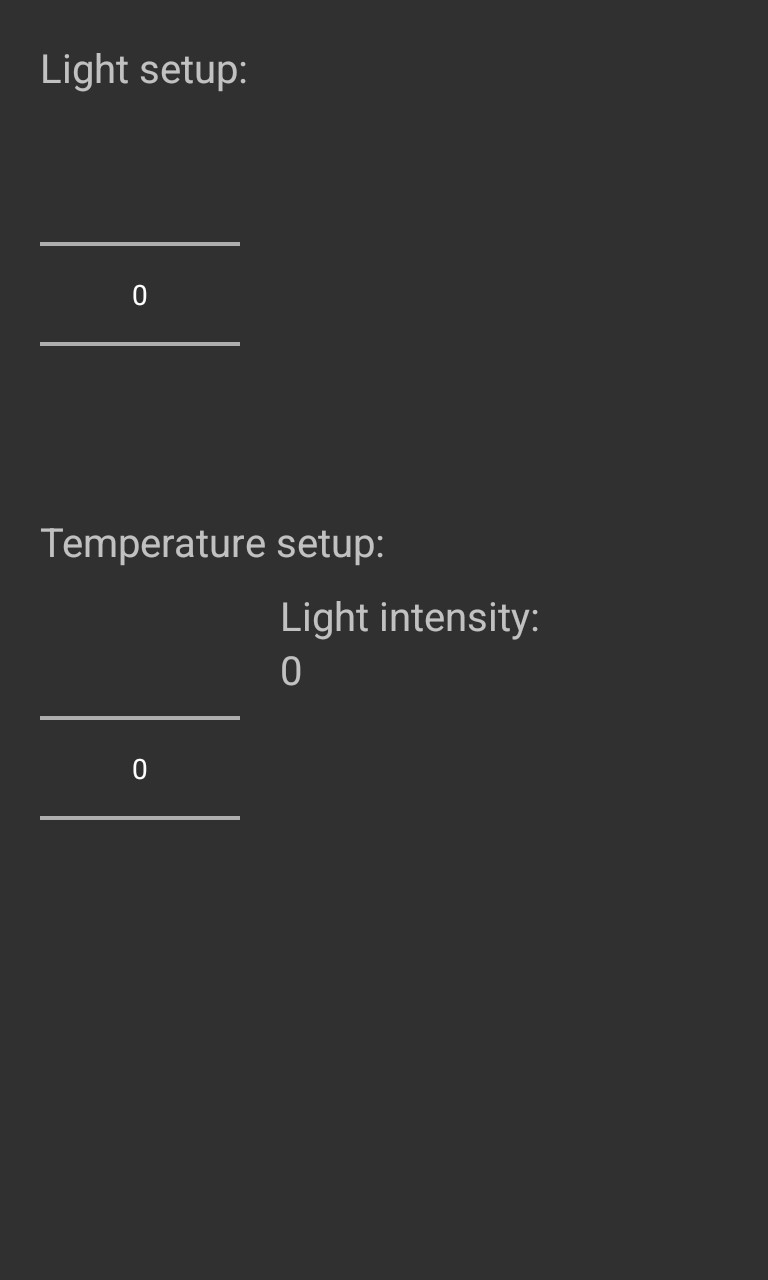
Repository: deanzaka/Shroom-Smart-Terminal
Layout: IOIOShroomST/res/layout/sensors.xml
The author's editor kept a copy of each file at every save. The layout is drawn from the files as they stood at one save, then again after the next save.
It is drawn on a 768 x 1280 px phone screen (xhdpi) without system bars, with theme Theme.AppCompat; the app's code is not run.

Above is the layout before, as saved 2014-11-18 07:07:55.

### IOIOShroomST/res/layout/sensors.xml
<?xml version="1.0" encoding="utf-8"?>
<LinearLayout xmlns:android="http://schemas.android.com/apk/res/android"
    android:orientation="vertical"
    android:layout_width="fill_parent"
    android:layout_height="fill_parent">

    <TextView
	    android:id="@+id/LightSetupLabel"
	    android:text="@string/light_setup_label"
	    android:layout_width="wrap_content"
	    android:layout_height="wrap_content"
	    android:paddingTop="20dp"
	    android:paddingLeft="20dp"
	    android:textSize="20sp" />

	<RelativeLayout
	    android:layout_width="fill_parent"
	    android:layout_height="wrap_content"
	    android:gravity="left"
	    android:paddingTop="10dp"
	    android:paddingLeft="20dp">

	    <NumberPicker
		    android:id="@+id/userLux"
		    android:layout_width="100dp"
		    android:layout_height="wrap_content"
		    android:layout_alignParentLeft="true"/>

	</RelativeLayout>

	<TextView
	    android:id="@+id/TempSetupLabel"
	    android:text="@string/temp_setup_label"
	    android:layout_width="wrap_content"
	    android:layout_height="wrap_content"
	    android:paddingTop="20dp"
	    android:paddingLeft="20dp"
	    android:textSize="20sp" />

	<RelativeLayout
	    android:layout_width="fill_parent"
	    android:layout_height="wrap_content"
	    android:gravity="left"
	    android:paddingTop="10dp"
	    android:paddingLeft="20dp">

	    <NumberPicker
		    android:id="@+id/userTemp"
		    android:layout_width="100dp"
		    android:layout_height="wrap_content"
		    android:layout_alignParentLeft="true"/>


        <TextView
		    android:id="@+id/LightLabel"
			android:text="@string/light_label"
			android:layout_width="wrap_content"
			android:layout_height="wrap_content"
			android:paddingLeft="20dp"
			android:paddingRight="30dp"
			android:layout_toRightOf="@id/userTemp"
			android:textSize="20sp"
			/>

		<TextView
		    android:id="@+id/LuxValue"
		    android:layout_width="wrap_content"
		    android:layout_height="wrap_content"
		    android:layout_toRightOf="@id/userTemp"
		    android:layout_below="@id/LightLabel"
		    android:paddingLeft="20dp"
		    android:text="0"
		    android:textSize="20sp" />

	</RelativeLayout>


</LinearLayout>

### IOIOShroomST/res/values/strings.xml
<?xml version="1.0" encoding="utf-8"?>
<resources>

    <string name="app_name">Shroom - Smart Outlet</string>
    <string name="terminal_1">Plug 1</string>
    <string name="terminal_2">Plug 2</string>
    <string name="terminal_3">Plug 3</string>
    <string name="lamp">Lamp</string>
    <string name="light_label">Light intensity: </string>
    <string name="light_setup_label">Light setup: </string>
    <string name="temp_label">Temperature: </string>
    <string name="temp_setup_label">Temperature setup: </string>
    <string name="cel_label">celcius</string>
    <string name="lux_label">lux</string>
    <string name="auto_label">Auto Mode</string>
    <string name="action_sensors">Sensors</string>
    <string name="action_settings">Setting</string>
    <string name="yes_answer">Yes</string>
    <string name="no_answer">No</string>
    <string name="title_activity_settings">Settings</string>
    <string name="hello_world">Hello world!</string>
    <string name="title_activity_sensors">Sensors</string>
    <string name="light_sensor">Light</string>
    <string name="temp_sensor">Temp</string>
    <string name="timer">Timer</string>

</resources>

After the next save:
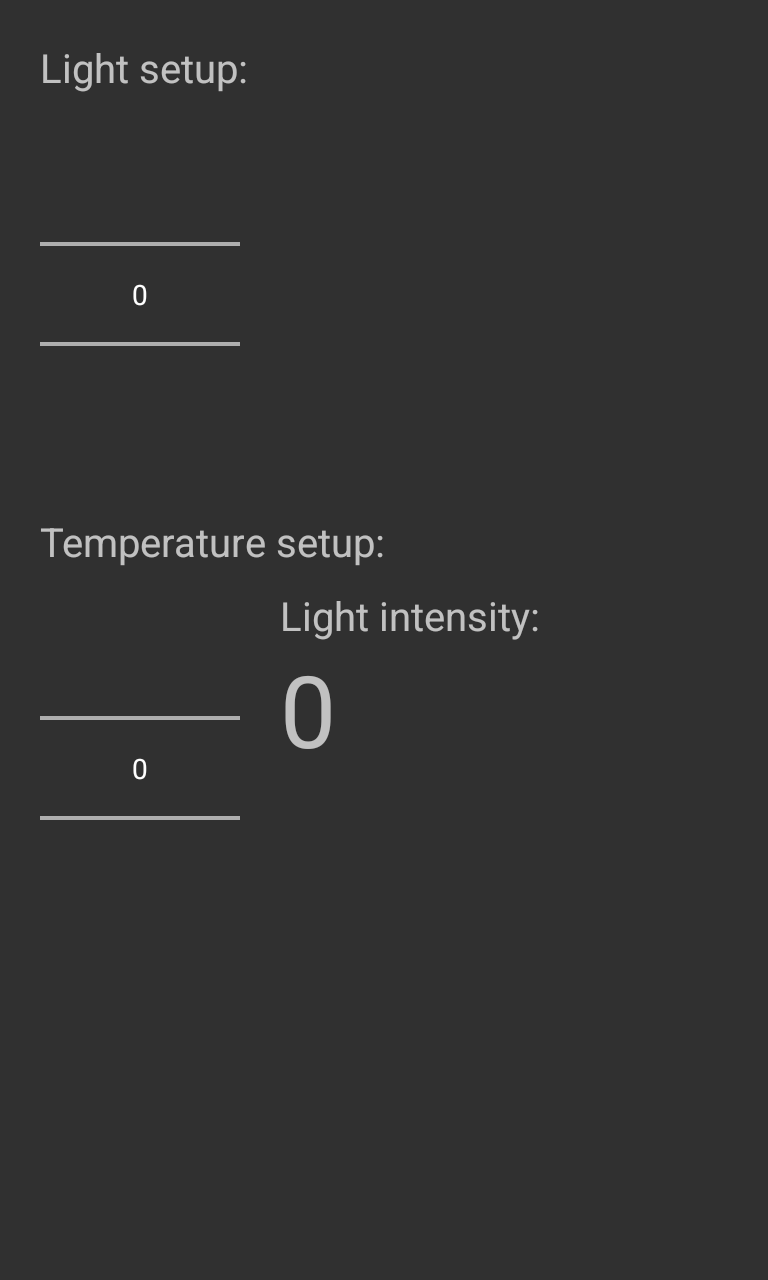
Saved 4 s later.
--- a/IOIOShroomST/res/layout/sensors.xml
+++ b/IOIOShroomST/res/layout/sensors.xml
@@ -70,7 +70,7 @@
 		    android:layout_below="@id/LightLabel"
 		    android:paddingLeft="20dp"
 		    android:text="0"
-		    android:textSize="20sp" />
+		    android:textSize="50sp" />
 
 	</RelativeLayout>
 
